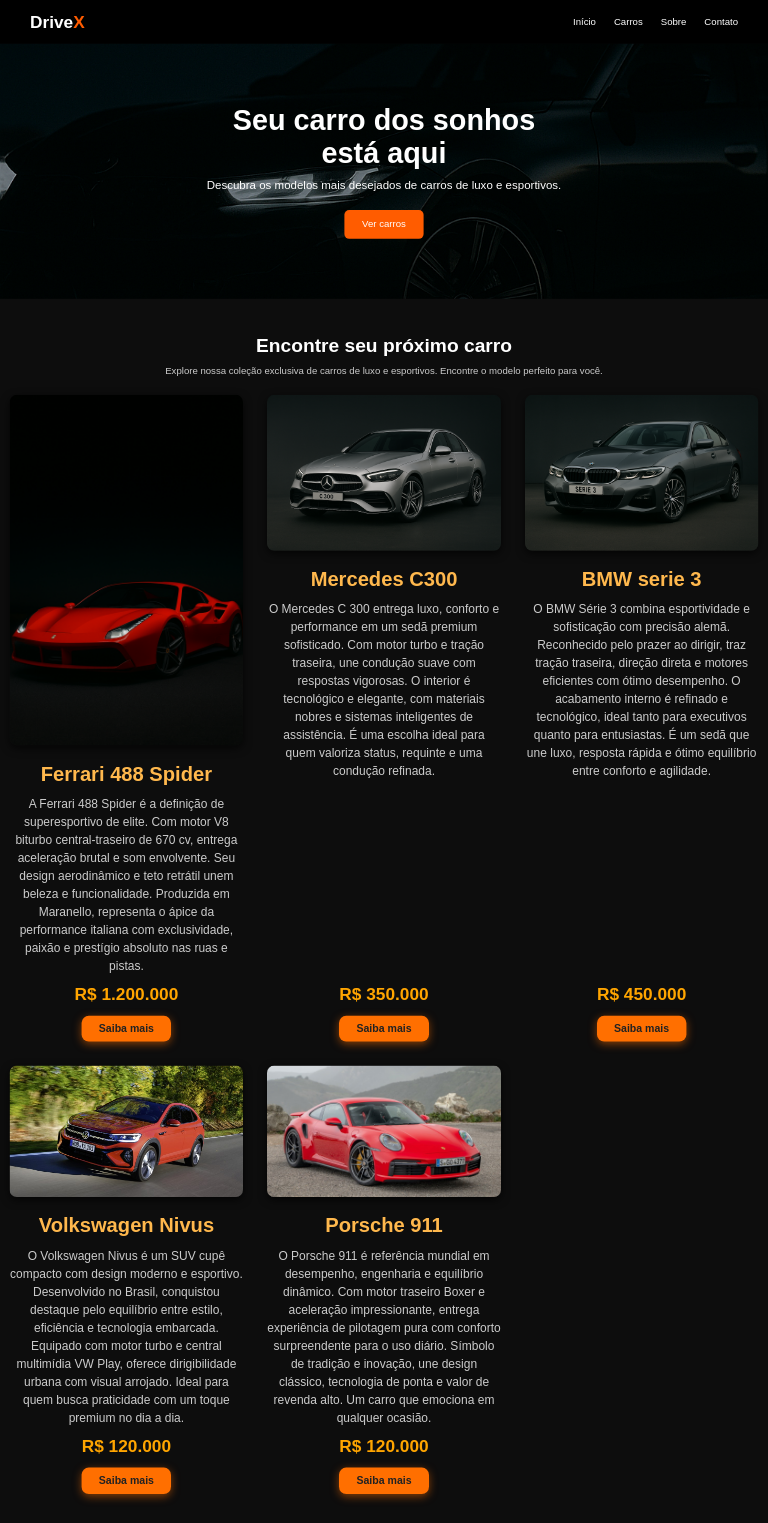
Repository: Mateushlp/DriveX
Page: index.html
These files come from the project's save history. The page is drawn as it stood at one moment and after the next save; the edit follows.
The browser window is 1280 px wide. The pictures show the whole page, at 60% of full size.

Above is the page before, as saved 2025-06-23 22:22:43.

After the next save:
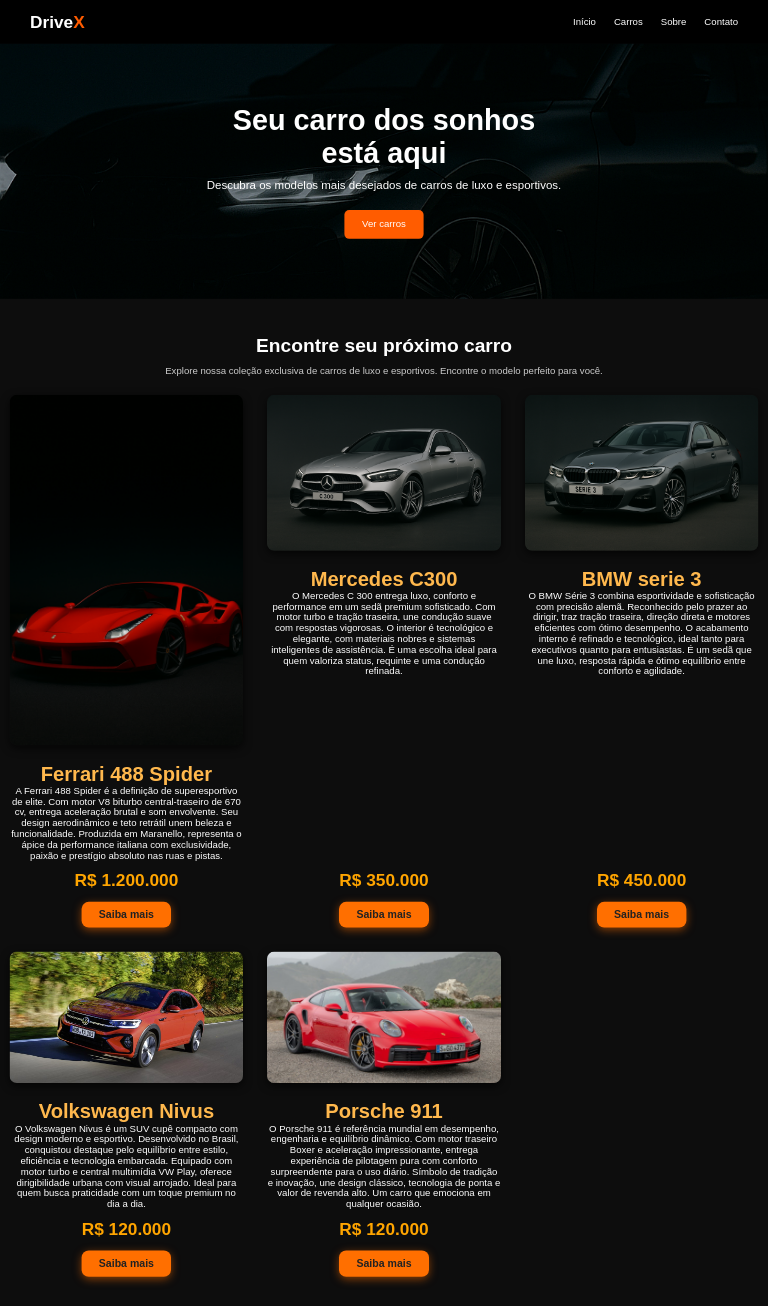
Saved 9 s later.
--- a/style.css
+++ b/style.css
@@ -119,10 +119,6 @@
 }
 
 .card-carro p {
-  font-size: 1.25rem;
-  line-height: 1.5;
-  color: #ccc;
-  margin-top: 1rem;
   flex-grow: 1;
   text-align: center;
 }
